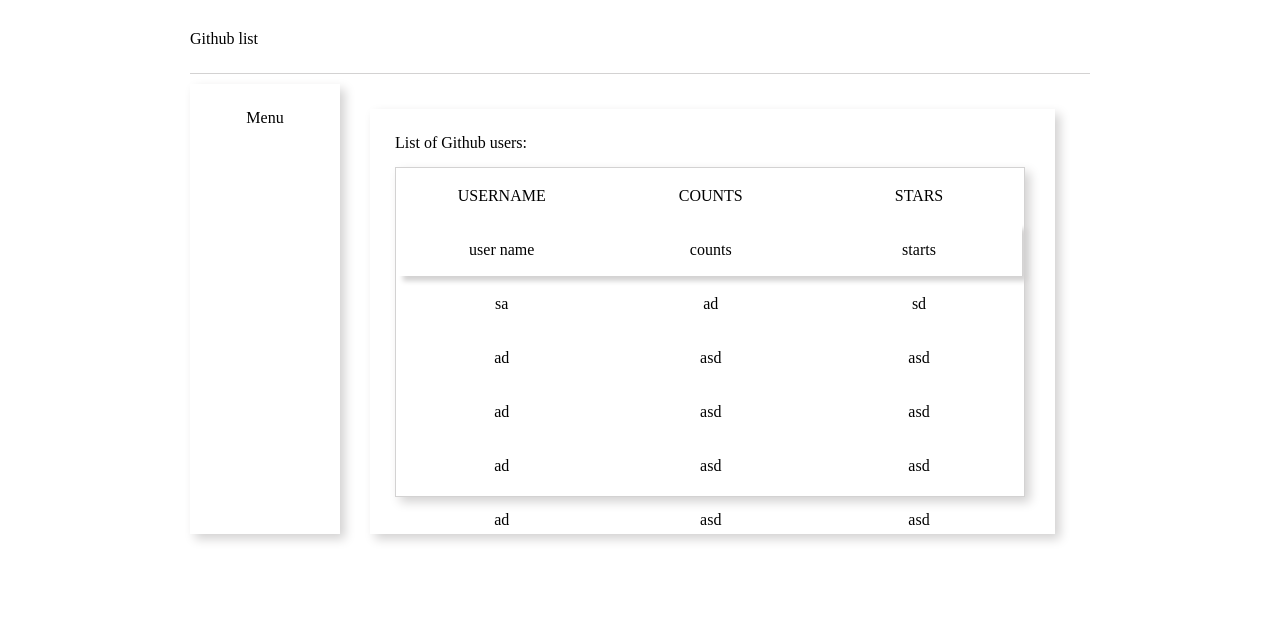
Repository: SzymonRoche/gitStars
Page: index.html
These files come from the project's save history. The page is drawn as it stood at one moment and after a run of saves; the edit follows.
The browser window is 1280 px wide. The pictures show the whole page.

Above is the page before, as saved 2020-02-15 18:33:19.

After the next 2 saves:
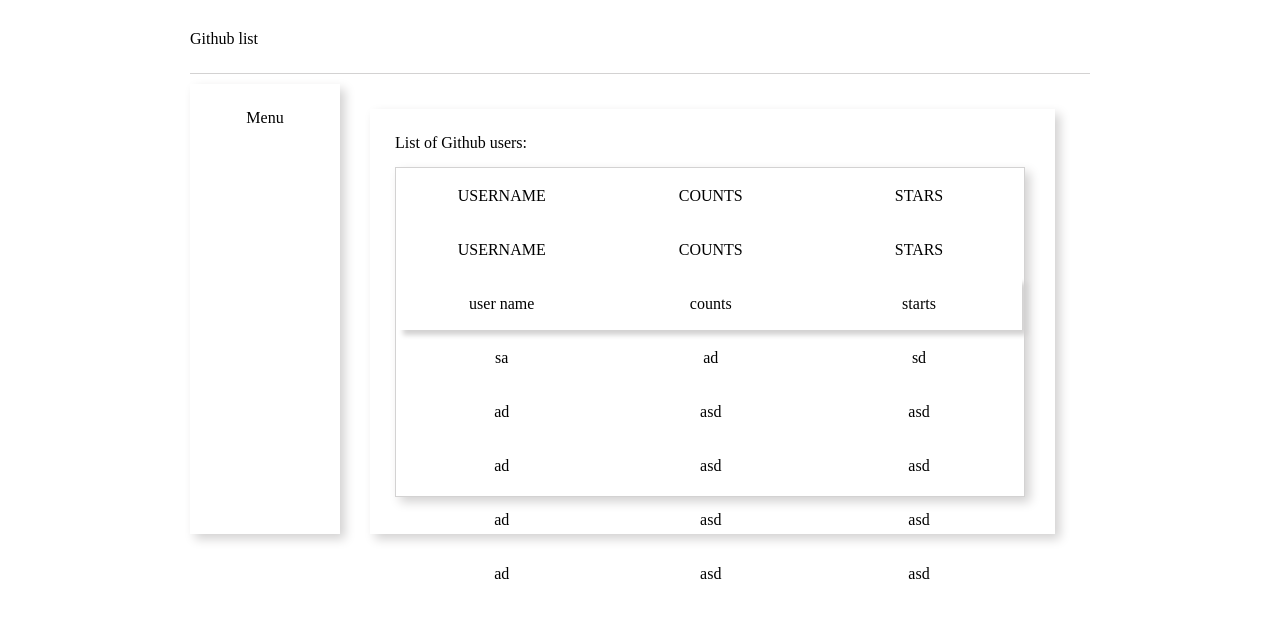
The 2 saves are shown as one change because they came seconds apart.
The last was saved 8 s later.
--- a/main.js
+++ b/main.js
@@ -18,6 +18,7 @@ function CreateTabele(nr) {
 };
 
 CreateTabele(0);
+CreateTabele(1);
 
 
 console.log(tabela);
